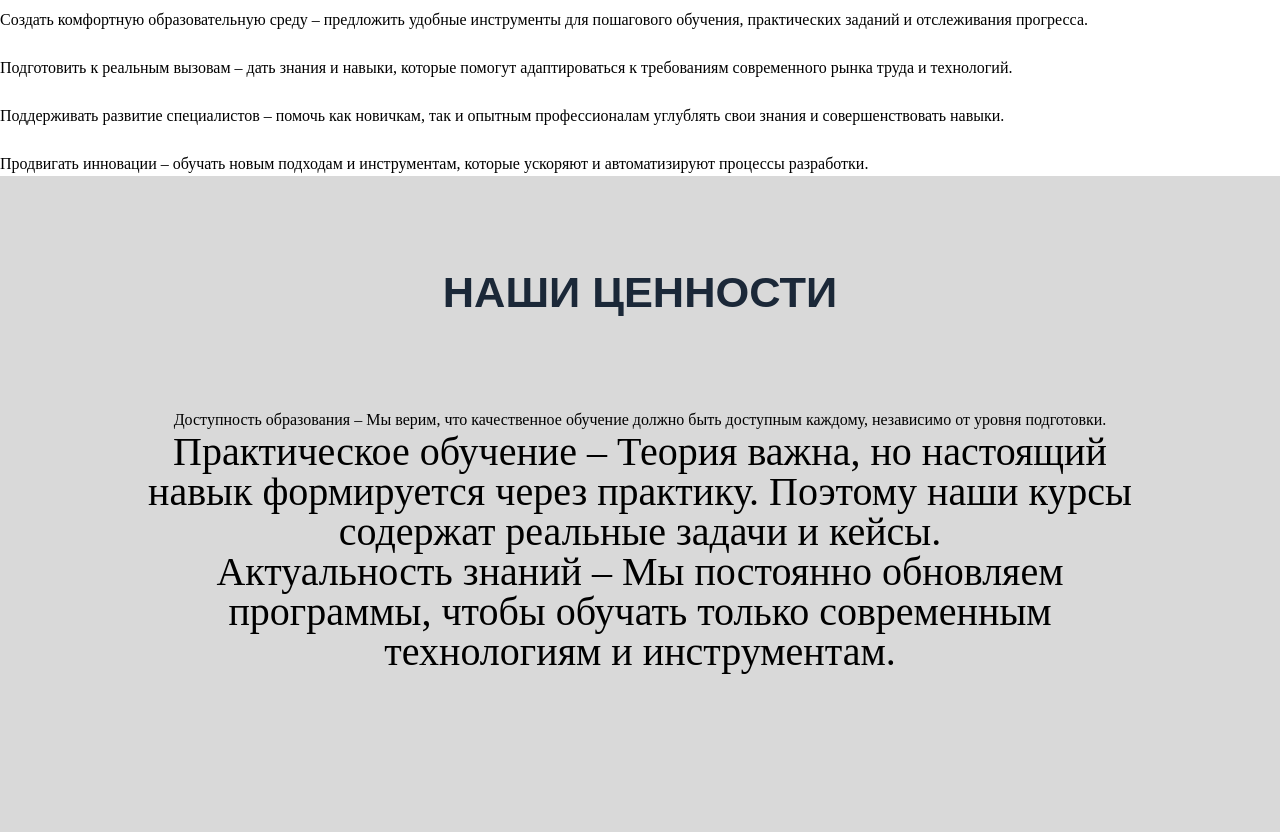
Repository: marjango/course
Page: /aboutus
The author's editor kept a copy of each file at every save. The page is drawn from the files as they stood at one save, then again after the next save.
The browser window is 1280 px wide. The pictures show the part of the page from y = 1468 to 2420 px (the page is 2300 px tall before and 2420 px after).
The project was rebuilt for these pictures with package versions that can differ from the ones it lists, and the page was loaded fresh each time. The framework's server and built-in components were replaced by stand-ins that run in the browser. Also part of the build but not shown: next.config.ts.

Above is the page before, as saved 2025-03-26 22:37:04.

After the next save:
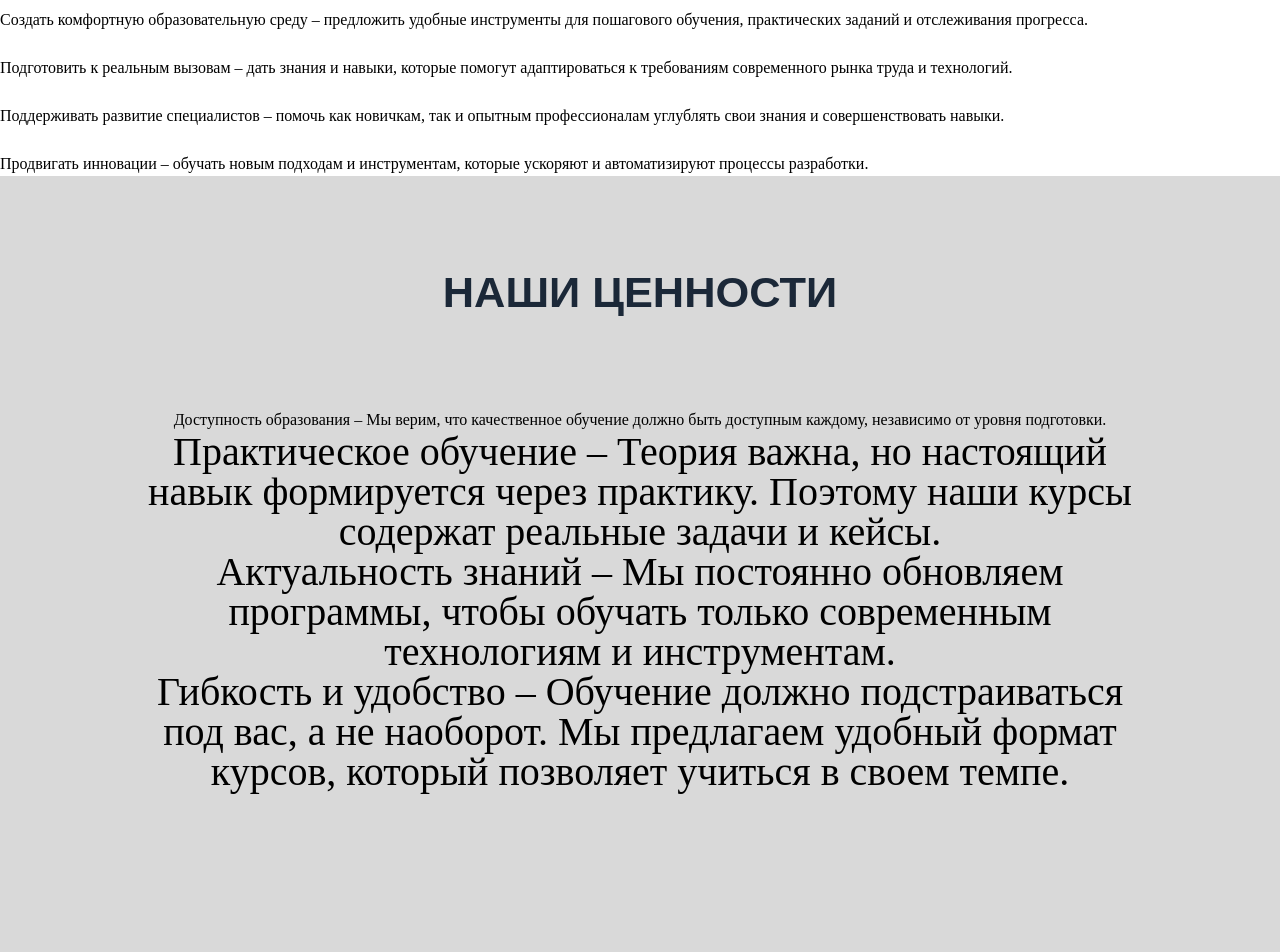
Saved 4 s later.
--- a/app/aboutus/page.tsx
+++ b/app/aboutus/page.tsx
@@ -74,7 +74,7 @@ const aboutus = () => {
 <p>Актуальность знаний – Мы постоянно обновляем программы, чтобы обучать только современным технологиям и инструментам.</p>
         </div>
         <div className={s.value}>
-
+<p>Гибкость и удобство – Обучение должно подстраиваться под вас, а не наоборот. Мы предлагаем удобный формат курсов, который позволяет учиться в своем темпе.</p>
         </div>
         <div className={s.value}>
 
